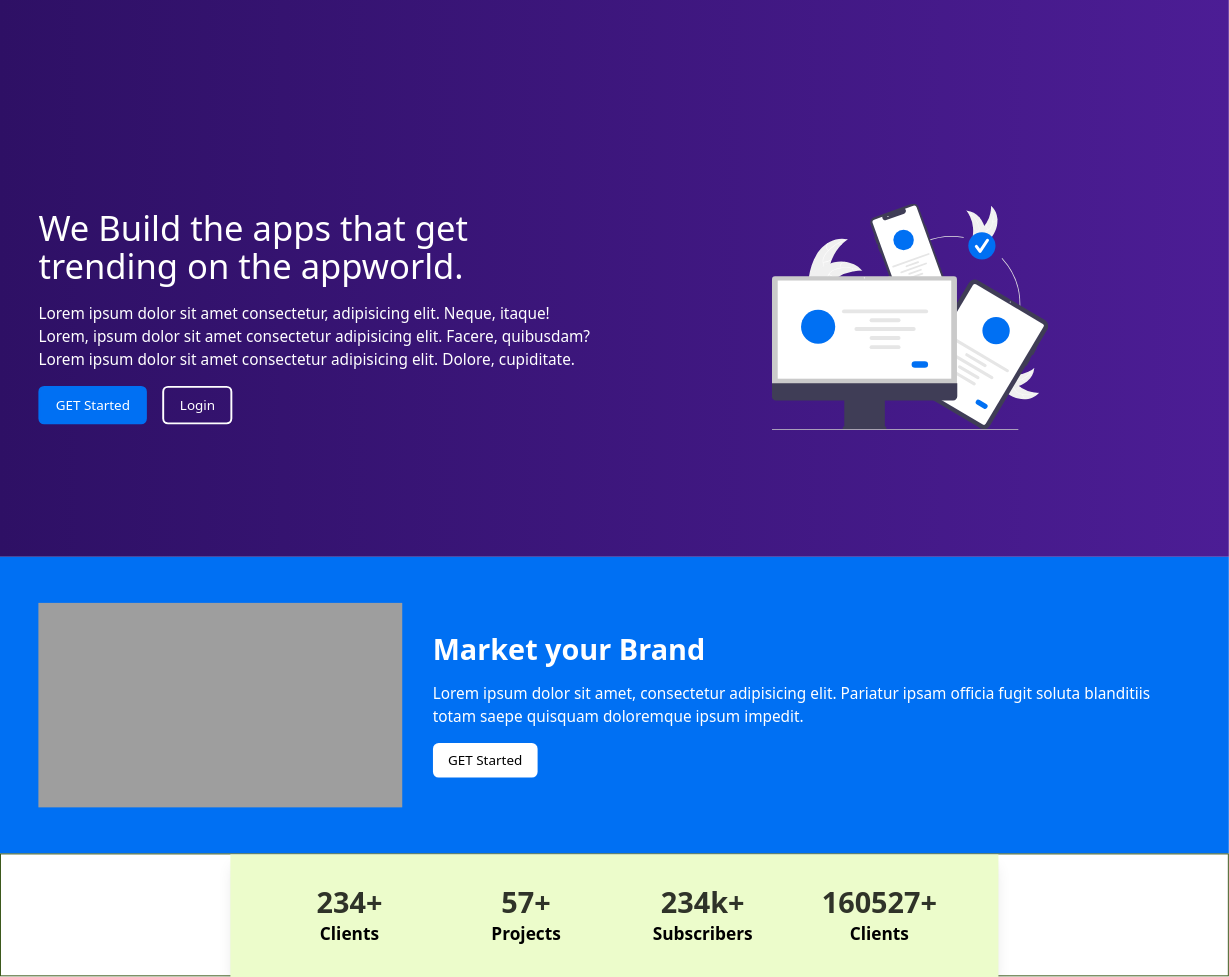
Repository: Kish202/Coz-Marketing-Site
Page: / (app in frontend/)
The author's editor kept a copy of each file at every save. The page is drawn from the files as they stood at one save, then again after a run of saves.
The browser window is 1280 px wide. The pictures show the whole page, at 96% of full size.
Pictures or frames that could not be fetched are drawn as grey boxes. The project was rebuilt for these pictures with package versions that can differ from the ones it lists, and the page was loaded fresh each time. Also part of the build but not shown: frontend/vite.config.js.

Above is the page before, as saved 2025-03-09 21:12:59.

### frontend/src/App.jsx
import { useState } from 'react'
import reactLogo from './assets/react.svg'
import viteLogo from '/vite.svg'
import './App.css'
import Service from './components/Service/Service'
import Hero from './components/Hero/Hero'
import BannerDetails from './components/BannerDetails.jsx/BannerDetails'

function App() {
  const [count, setCount] = useState(0)

  return (
<>

<Hero/>

<BannerDetails/>
   <Service/>

   </>
  )
}

export default App

### frontend/src/components/Service/Service.jsx
import React from 'react'
import CountUp from "react-countup"

const Service =() =>{
  return (
    <section className="container h-12 md:h-32 border border-lime-900">
     <div className="grid grid-cols-4 w-full place-self-center   bg-lime-100 p-2 shadow-lg dark:bg-violet-800 dark:text-white/70 md:max-w-[800px]  md:p-8">
    <div className="flex flex-col items-center justify-center " >



<h1 className="text-sm font-bold text-black/80 dark:text-white sm:text-lg md:text-3xl">
      <CountUp end={234} suffix="+" duration={2.75}/>

</h1>

<h1 className="sm:text-md text-xs font-bold md:text-lg">
Clients
</h1>




        </div>

        <div className="flex flex-col items-center justify-center">
  <h1 className="text-sm text-black/80 sm:text-lg md:text-3xl dark:text-white font-bold">
  <CountUp end={57} suffix="+" duratiion={2.75}/>  </h1>

    <h1 className="sm:text-md font-bold text-xs md:text-lg">
        Projects

        </h1>
            </div>

    <div className="flex flex-col items-center justify-center" >



        <h1 className="text-sm text-black/80 dark:text-white  sm:text-lg md:text-3xl font-bold">
<CountUp end={234}  suffix="k+" / >
        </h1>
<h1 className="font-bold  sm:text-md text-xs md:text-lg" >
Subscribers
</h1>


            </div>


<div className="flex flex-col items-center justify-center">
<h1 className="text-sm font-bold text-black/80 dark:text-white sm:text-lg md:text-3xl">
<CountUp start={-875.020}
end={160527.012} duration={2.75} separator="" suffix="+" />
</h1>


<h1 className="text-xs sm:text-md  font-bold md:text-lg ">
Clients
</h1>
</div>
</div>
    </section>
  )
}

export default Service

### frontend/src/components/Hero/Hero.jsx
import React from 'react'
import Banner from "../../assets/thebanner.svg"
function Hero() {
  return (
           <main className="bg-gradient-to-r  from-violet-950 to-violet-900 pt-20 dark:bg-violet-950">

<section className="container flex h-[650px] flex-col  items-center justify-center md:h-[500px] ">
<div className="grid grid-cols-1 items-center gap-8 dark:text-white md:grid-cols-2">



<div className="flex flex-col items-center gap-4 text-center text-white md:items-start md:text-left">

<h1 className="text-4xl">
    We Build the apps that get trending on the appworld.

</h1>

<p className=" *:">

Lorem ipsum dolor sit amet consectetur, adipisicing elit. Neque, itaque!
Lorem, ipsum dolor sit amet consectetur adipisicing elit. Facere, quibusdam?
Lorem ipsum dolor sit amet consectetur adipisicing elit. Dolore, cupiditate.

</p>


<div className="space-x-4">

       <button className="rounded-md border-2 border-primary bg-primary px-4 py-2 text-sm text-white transition-colors duration-300 hover:bg-primary/80">
   GET Started
    </button>

       <button className="rounded-md border-2 border-white px-4 py-2 text-sm text-white transition-colors duration-300" >

Login

    </button>
</div>

</div>

<div className="mx-auto max-w-xs p-4">

    <img src={Banner} alt="No image" className="hover:drop-shadow-md"/>


</div>


</div>
</section>



        </main>


  )
}

export default Hero

### frontend/src/components/BannerDetails.jsx/BannerDetails.jsx
import React from 'react'



function BannerDetails() {
  return (
    <main className="bg-primary">

        <section className="container py-8 md:py-12">


            <div className="grid grid-cols-1 items-center gap-4 sm:text-ellipsis md:grid-cols-3 md:gap-8">
<div className="order-2 flex flex-col items-center gap-4 text-center text-white md:col-span-2 md:items-start md:text-left">
<h1 className="text-3xl font-bold">
    Market your Brand

</h1>
<p className="">
Lorem ipsum dolor sit amet, consectetur adipisicing elit. Pariatur
 ipsam officia fugit soluta blanditiis totam saepe quisquam doloremque
 ipsum impedit.
</p>
<button className="rounded-md bg-white px-4 py-2 text-sm text-black transition-colors duration-300 hover:bg-white/60 ">
GET Started
</button>
</div>
<div  className="order-1">
<iframe
className="aspect-video w-full"
src="https://www.youtube.com/watch?v=esaioTgia4Q&list=PPSV"
title="Youtube Video Player" frameborder="0" allow="accelerometer; autoplay; clipboard-write; encrypted-media; gyroscope; picture-in-picture; web-share allowfullscreen"></iframe>


</div>

            </div>



        </section>

    </main>
  )
}

export default BannerDetails

### frontend/tailwind.config.js
/** @type {import('tailwindcss').Config} */
export default {
  content: ["./index.html", "./src/**/*.{js,ts,jsx,tsx}"],
  darkMode: "class",
  theme: {
    extend: {
      screens: {
        xs: "480px",
      },
      colors: {
        primary: "#0070f3",
      },
    },

    container: {
      center: true,
      padding: {
        DEFAULT: "20px",
        md: "40px",
      },
    },
  },
  plugins: [],
};

### frontend/src/components/Banner/Banner.jsx
import React from 'react'



function Banner() {
  return (
    <div>

    </div>
  )
}

export default Banner

Loaded but not shown: frontend/index.html (common file); frontend/src/main.jsx (common file); frontend/src/index.css (common file); frontend/src/App.css (common file)

After the next 2 saves:
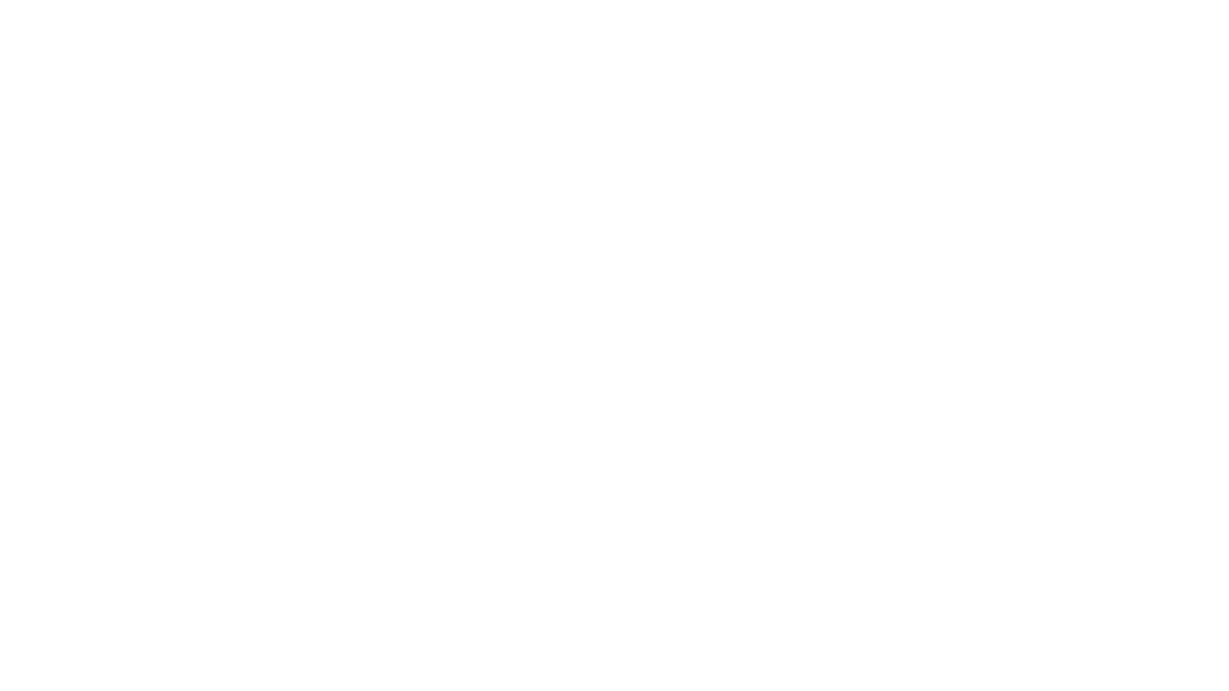
Console error: ReferenceError: Banner is not defined
The 2 saves are shown as one change because they came seconds apart.
The last was saved 7 s later.
--- a/frontend/src/App.jsx
+++ b/frontend/src/App.jsx
@@ -13,7 +13,7 @@ function App() {
 <>
 
 <Hero/>
-
+<Banner/>
 <BannerDetails/>
    <Service/>
 

After the 4 saves that followed:
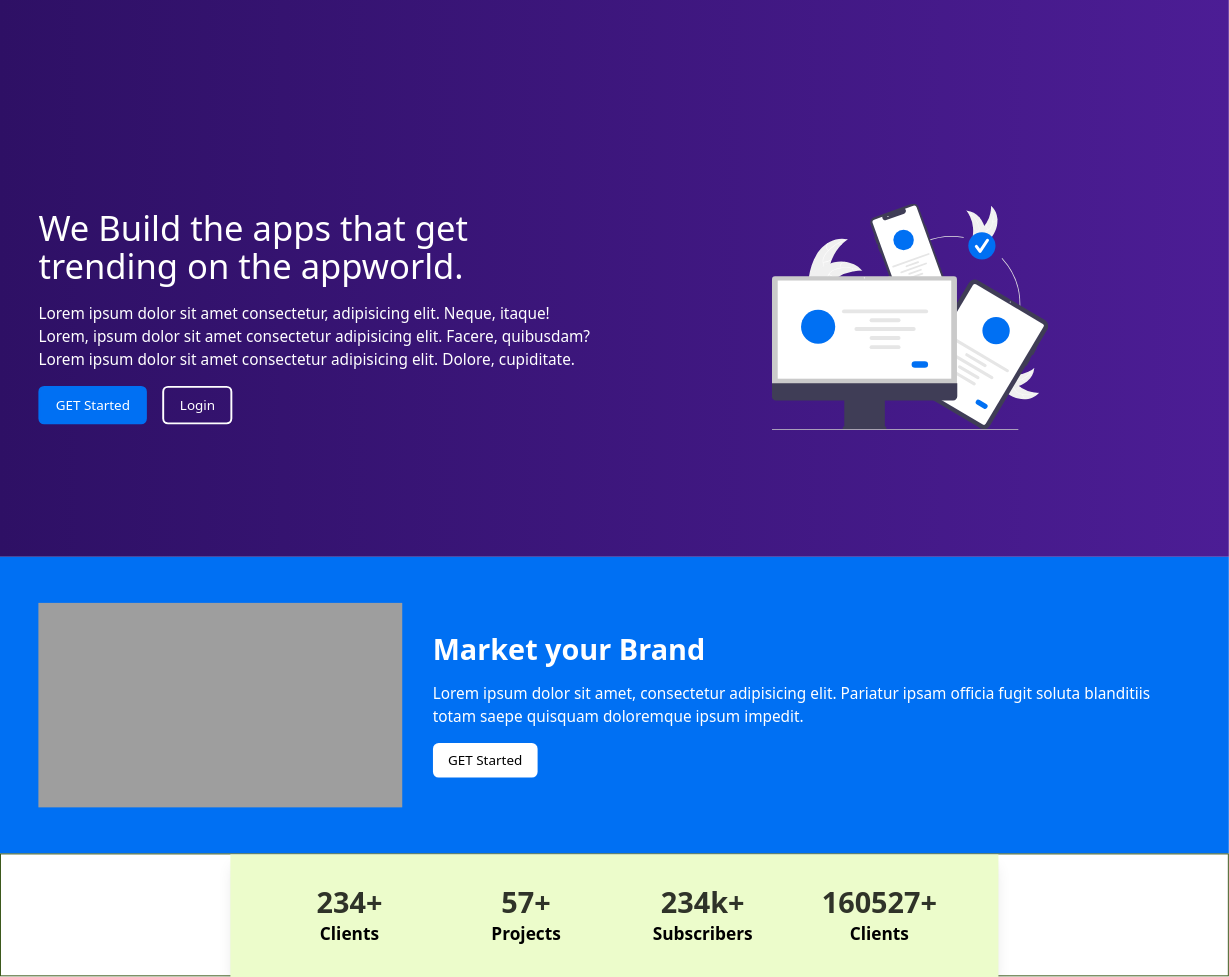
The error is gone.
The 4 saves are shown as one change because they came seconds apart.
The last was saved 14 s later.
--- a/frontend/src/App.jsx
+++ b/frontend/src/App.jsx
@@ -5,7 +5,7 @@ import './App.css'
 import Service from './components/Service/Service'
 import Hero from './components/Hero/Hero'
 import BannerDetails from './components/BannerDetails.jsx/BannerDetails'
-
+import Banner from './components/Banner/Banner'
 function App() {
   const [count, setCount] = useState(0)
 
